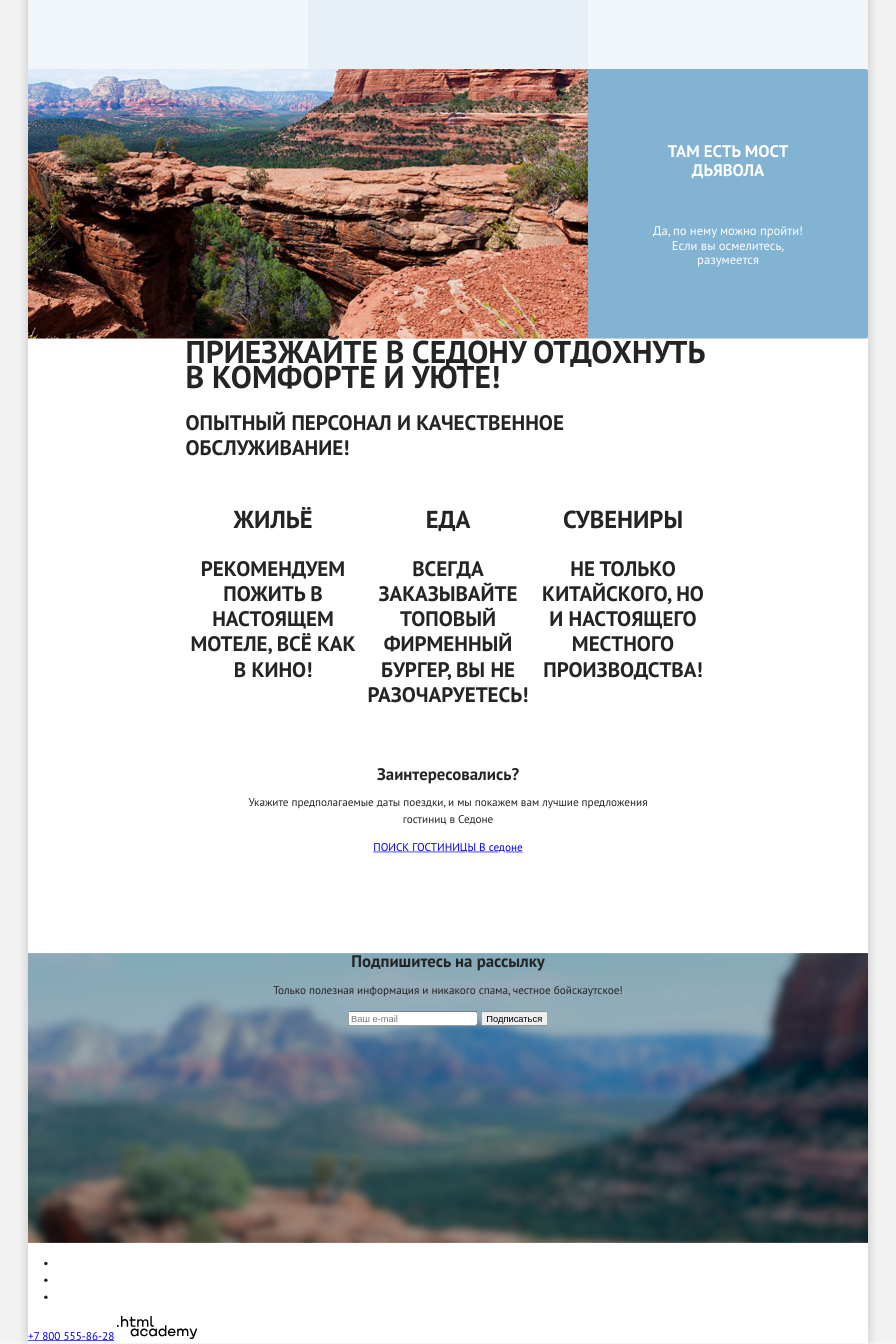
Repository: zakhgagne/2512253-sedona-1
Page: index.html
The author's editor kept a copy of each file at every save. The page is drawn from the files as they stood at one save, then again after the next save.
The browser window is 1280 px wide. The pictures show the part of the page from y = 1481 to 3401 px (the page is 3401 px tall before and 3106 px after), at 70% of full size.

Above is the page before, as saved 2024-05-11 14:04:31.

### index.html
<!DOCTYPE html>
<html lang="ru">

  <head>
    <meta charset="utf-8">
    <title>Сайт города Седона</title>
    <link rel="stylesheet" href="styles/styles.css">
  </head>

  <body>
    <div class="container">
      <header class="header">
        <a class="logo-link" href="#">
          <img class="logo-image" src="./images/logo.svg" alt="Любимая Седона" width="" height="">
        </a>
        <nav class="navigation">
          <ul class="main-menu">
            <li class="menu-item">
              <a href="./index.html" class="menu-link">Главная</a>
            </li>
            <li class="menu-item">
              <a href="#" class="menu-link">О Седоне</a>
            </li>
            <li class="menu-item">
              <a href="./catalog.html" class="menu-link">Гостиницы</a>
            </li>
          </ul>
          <ul class="user-menu">
            <li class="user-menu-item">
              <a href="#" class="user-menu-link">
                <span class="visually-hidden">Поиск</span>
              </a>
            </li>
            <li class="user-menu-item">
              <a href="#" class="user-menu-link">
                <span class="visually-hidden">Избранное</span>
                <span class="like-number">12</span>
              </a>
            </li>
            <li class="user-menu-item">
              <a href="#" class="user-menu-link">Хочу сюда!</a>
            </li>
          </ul>
        </nav>
      </header>
      <main class="main-container">
        <h1 class="visually-hidden">Cайт города Седона</h1>
        <section class="welcome">
          <h2 class="visually-hidden">Приглашение</h2>
          <img src="./images/welcome.svg" class="welcome-image" width="" height="" alt="Welcome">
        </section>

        <section class="city">
          <h2 class="city-title">Седона — небольшой городок в Аризоне, заслуживающий большего!</h2>
          <p class="city-subtitle">Рассмотрим причины, по которым Седона круче, чем Гранд-каньон!</p>

          <ul class="reason-list">
            <li class="reason-item reason-item-special">
              <div class="reason-container">
                <h3 class="reason-title">Настоящий городок</h3>
                <p class="reason-text">Седона — не аттракцион для туристов, там течёт своя жизнь</p>
              </div>
              <img src="./images/photo-1.jpg" class="reason-image" width="" height="">
            </li>
            <li class="reason-item">
              <div class="reason-container">
                <h3 class="reason-title">Небольшая площадь</h3>
                <p class="reason-text">Все достопримечательности находятся очень близко</p>
              </div>
            </li>
            <li class="reason-item">
              <div class="reason-container">
                <h3 class="reason-title">Красивая дорога</h3>
                <p class="reason-text">Ехать в Седону из Лас-Вегаса совсем не скучно!</p>
              </div>
            </li>
            <li class="reason-item">
              <div class="reason-container">
                <h3 class="reason-title">Мало туристов</h3>
                <p class="reason-text">Большинство едет в Гранд Каньон и толпится там</p>
              </div>
            </li>
            <li class="reason-item reason-item-special">
              <img src="./images/photo-2.jpg" class="reason-image" width="" height="">
              <div class="reason-container">
                <h3 class="reason-title">Там есть мост дьявола</h3>
                <p class="reason-text">Да, по нему можно пройти! Если вы осмелитесь, разумеется</p>
              </div>
            </li>
          </ul>
        </section>

        <section class="city-welcome">
          <h2 class="desription">Приезжайте в Седону отдохнуть в комфорте и уюте!</h2>
          <p class="simple-text">Опытный персонал и качественное обслуживание!</p>

          <ul class="comfort-list">
            <li class="comfort-item">
              <h3 class="comfort-title">Жильё</h3>
              <p class="comfort-text">Рекомендуем пожить в настоящем мотеле, всё как в кино!</p>
            </li>
            <li class="comfort-item">
              <h3 class="comfort-title">Еда</h3>
              <p class="comfort-text">Всегда заказывайте топовый фирменный бургер, вы не разочаруетесь!</p>
            </li>
            <li class="comfort-item">
              <h3 class="comfort-title">Сувениры</h3>
              <p class="comfort-text">Не только китайского, но и настоящего местного производства!</p>
            </li>
          </ul>
        </section>

        <section class="interest">
          <h2 class="desription">Заинтересовались?</h2>
          <p class="simple-text">Укажите предполагаемые даты поездки, и мы покажем вам лучшие предложения гостиниц в
            Седоне</p>
          <a href="#" class="button-search-motel">ПОИСК ГОСТИНИЦЫ В седоне</a>
        </section>

      </main>

      <footer>
        <section class="news-letter">
          <h2 class="desription">Подпишитесь на рассылку</h2>
          <p class="simple-text">Только полезная информация и никакого спама, честное бойскаутское!</p>

          <form class="subscribe-form" action="https://echo.htmlacademy.ru/" method="post">
            <input class="field" placeholder="Ваш e-mail" type="email" name="distribution-email" required>
            <button class="subscribe-form-button" type="submit">Подписаться</button>
          </form>
        </section>
        <div class="footer-container">
          <section class="contacts">
            <h2 class="visually-hidden">Контакты</h2>
            <ul class="contact-list">
              <li class="contact-list-item">
                <a href="#" class="contact-list-link">
                  <p class="visually-hidden">Вконтакте</p>
                </a>
              </li>
              <li class="contact-list-item">
                <a href="#" class="contact-list-link">
                  <p class="visually-hidden">Телеграм</p>
                </a>
              </li>
              <li class="contact-list-item">
                <a href="#" class="contact-list-link">
                  <p class="visually-hidden">Ютуб</p>
                </a>
              </li>
            </ul>
            <a class="footer-contacts-address-phone" href="tel:+78005558628">+7 800 555-86-28</a>
            <a class="htmlacademy-link" href="https://htmlacademy.ru/">
              <img src="./images/logo-academy.svg" width="" height="" alt="Академия">
            </a>
          </section>
        </div>
      </footer>
    </div>
  </body>

</html>

### styles/styles.css
@font-face {
  font-family: "PT Sans";
  font-style: normal;
  font-weight: 400;
  src: url("../fonts/ptsans-400.woff2") format("woff2");
  font-display: swap;
}

@font-face {
  font-family: "PT Sans";
  font-style: normal;
  font-weight: 700;
  src: url("../fonts/ptsans-700.woff2") format("woff2");
  font-display: swap;
}


body {
  margin: 0;
  font-family: "PT Sans", "Arial", sans-serif;
  font-size: 16px;
  line-height: 24px;
  color: #242424;
  background-color: #f2f2f2;
}

.visually-hidden {
  display: none;
}

.container {
  width: 1200px;
  margin: 0 auto;
  background-color: #ffffff;
  box-shadow: 0 0 15px rgba(0, 0, 0, 0.2);
}

.header {
  background-color: #ffffff;
  position: relative;
  padding: 0 68px 0 238px;
}

.logo-link {
  position: absolute;
  top: 0;
  left: 70px;
}

.logo-image {}

.navigation {
  display: flex;
  justify-content: space-between;
}

.main-menu {
  padding: 0;
  margin: 0;
  list-style: none;
  display: flex;
  width: 500px;
  flex-wrap: wrap;
}

.menu-item {}

.menu-link {
  font-size: 20px;
  font-weight: 700;
  line-height: 24px;
  color: #000000;
  text-decoration: none;
  display: block;
  padding: 20px 16px;

}

.menu-item:nth-child(1) {
  /* background-color: red; */
}

.menu-item:nth-child(2) {
  /* background-color: blue; */
}

.menu-item:nth-child(3) {
  /* background-color: red; */
}

.user-menu {
  padding: 0;
  margin: 0;
  list-style: none;
  display: flex;
}

.welcome {
  background-color: #aec5d1;
  background-image: url("../images/white-crown.svg"), url("../images/index-background.jpg");
  background-repeat: no-repeat;
  background-position: center bottom, center top;
  background-size: 1200px 57px, cover;
  padding-top: 51px;
  padding-bottom: 82px;
  min-height: 352px;
}

.welcome-image {
  display: block;
  margin: 0 auto;
}

.city {
  text-align: center;
  padding-top: 70px;
}

.city-title {
  padding: 0;
  margin: 0 auto 24px;
  font-size: 30px;
  font-weight: 700;
  line-height: 36px;
  text-transform: uppercase;
  width: 750px;

}

.city-subtitle {
  padding: 0;
  margin: 0 auto 90px;
  font-size: 22px;
  font-weight: 400;
  line-height: 26px;
  width: 750px;
}

.reason-list {
  display: flex;
  justify-content: space-between;
  text-align: center;
  padding: 0;
  margin: 0;
  list-style: none;
  flex-wrap: wrap;
}

.reason-item {
  display: flex;
  background-color: bisque;
}

.reason-container {
  width: 400px;
  padding-top: 103px;
  padding-bottom: 102px;
}

.reason-title {
  margin: 0 auto 61px;
  padding: 0;
  font-size: 24px;
  font-weight: 700;
  line-height: 28px;
  width: 175px;
  text-transform: uppercase;

}

.reason-text {
  padding: 0;
  margin: 0 auto;
  font-size: 18px;
  font-weight: 400;
  line-height: 21px;
  width: 231px;
}

.reason-item:nth-child(2n) {
  background-color: #f0f6fa;
}
.reason-item:nth-child(3n) {
  background-color: #e6f0f6;
}
.reason-item-special .reason-container {
  background-color: #82B3D3;
  border-radius: 0px 4px 4px 0px;
  color: #FFFFFF;

}

.comfort-list {
  display: flex;
  justify-content: space-between;
  text-align: center;
  padding: 0;
  margin: 0;
  list-style: none;
}

.comfort-item {
  width: 400px;
}

.interest {
  text-align: center;
  margin: 54px auto;
  height: 214px;
  width: 592px;
}

.desription {
  padding: 0;
  margin: 0;
}

.footer-container {
  display: flex;
  margin: 0 auto;
}


.news-letter {
  background-image: url("../images/subscribe.jpg");
  background-repeat: no-repeat;
  min-height: 414px;
  text-align: center;

  /*width: 684px;*/
}

.city-welcome {
  padding: 0;
    margin: 0 auto 24px;
    font-size: 30px;
    font-weight: 700;
    line-height: 36px;
    text-transform: uppercase;
    width: 750px;
}

After the next save:
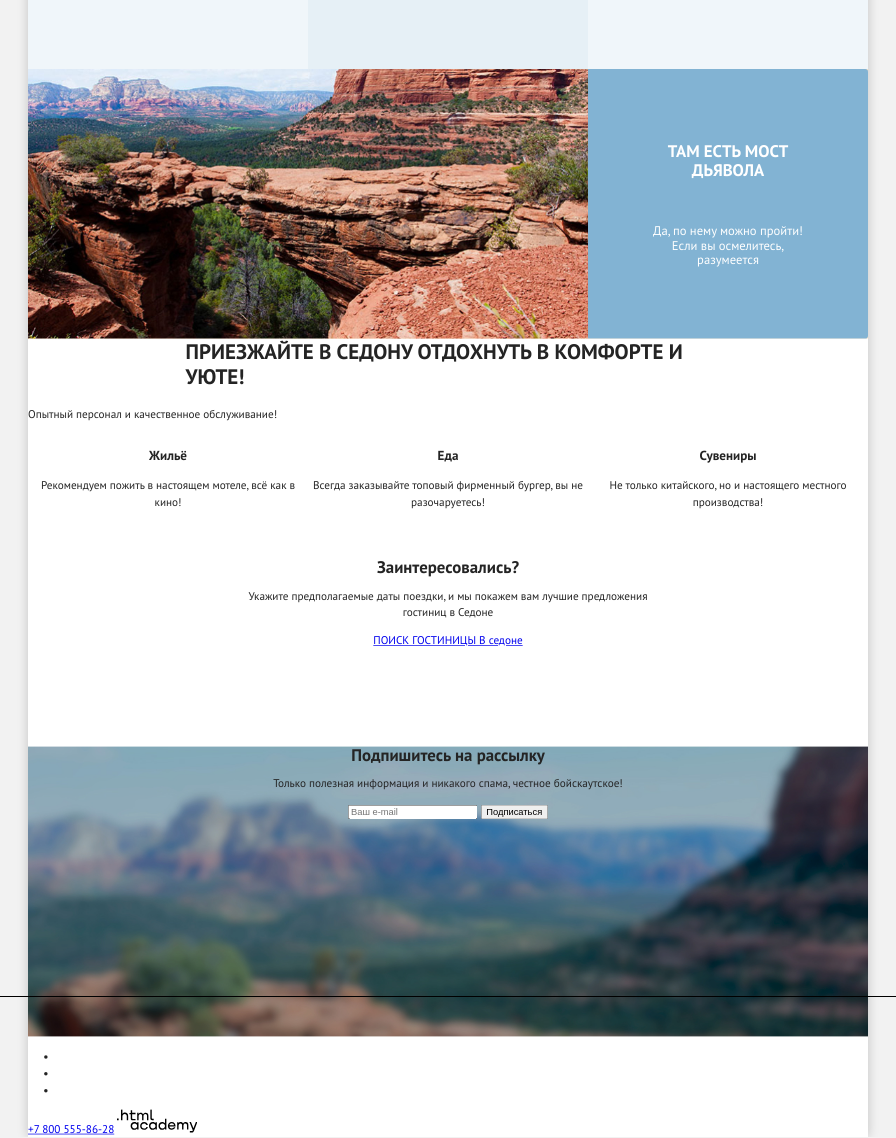
Saved 37 s later.
--- a/styles/styles.css
+++ b/styles/styles.css
@@ -230,7 +230,7 @@ body {
   /*width: 684px;*/
 }
 
-.city-welcome {
+.city-welcome .desription {
   padding: 0;
     margin: 0 auto 24px;
     font-size: 30px;
